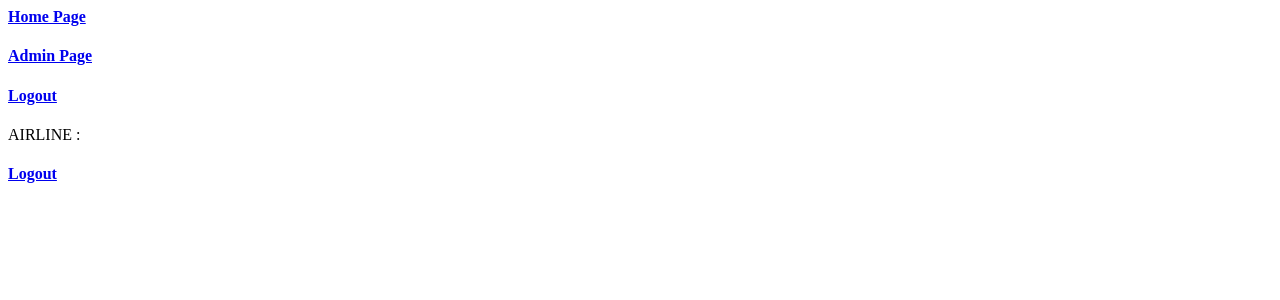
Repository: nihargowda/phase2project
Page: http://localhost/AirAway/AirlineList
The author's editor kept a copy of each file at every save. The page is drawn from the files as they stood at one save, then again after the next save.
The browser window is 1280 px wide. The pictures show the whole page.
The page is served by Tomcat 9. Other server files are loaded and not shown. Queries for data that is not in the repository find no rows.

Above is the page before, as saved 2020-11-19 15:56:58.

### AirAway/java/com/admin/AirlineList.java
package com.admin;

import java.io.IOException;
import java.io.PrintWriter;
import java.sql.Connection;
import java.sql.DriverManager;
import java.sql.ResultSet;
import java.sql.SQLException;
import java.sql.Statement;

import javax.servlet.ServletException;
import javax.servlet.http.HttpServlet;
import javax.servlet.http.HttpServletRequest;
import javax.servlet.http.HttpServletResponse;

public class AirlineList extends HttpServlet {
	private static final long serialVersionUID = 1L;

    public AirlineList() {
        super();

    }

Connection con;

	protected void doGet(HttpServletRequest request, HttpServletResponse response) throws ServletException, IOException {
		response.setContentType("text/html");
		String sourcesql= "SELECT Distinct airline FROM airlinedetails";
		PrintWriter out= response.getWriter();
		out.print("<h4><a href='/AirAway/index.jsp'>Home Page</a> </h4>");
		out.print("<h4><a href='/AirAway/adminsuccess.jsp'>Admin Page</a> </h4>");
		out.print("<h4><a href='/AirAway/adminlogin.jsp'>Logout</a> </h4>");

		try {
			Class.forName("com.mysql.jdbc.Driver");
			 con= DriverManager .getConnection("jdbc:mysql://localhost:3307/airaway","root","");
		} catch (ClassNotFoundException | SQLException e) {

			e.printStackTrace();
		}
		try {
			Statement	s = con.createStatement();
			ResultSet rs= s.executeQuery(sourcesql);

			out.print("AIRLINE :"+"<br>");
			while(rs.next()) {

				out.print("&nbsp"+rs.getString("airline")+"<br>");

				out.print("___________________________________"+"<br><br>");


			}

		} catch (SQLException e) {
			e.printStackTrace();
		}
		out.print("<h4><a href='/AirAway/adminlogin.jsp'>Logout</a> </h4>");









	}

}

After the next save:
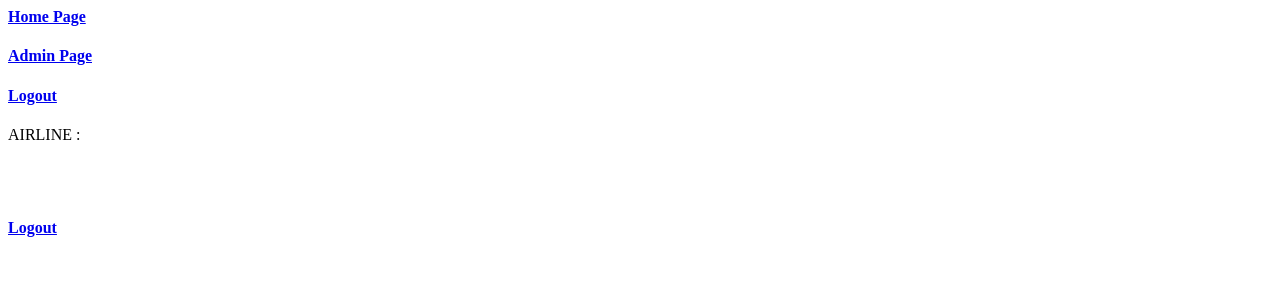
Saved 30 s later.
--- a/AirAway/java/com/admin/AirlineList.java
+++ b/AirAway/java/com/admin/AirlineList.java
@@ -42,7 +42,7 @@ Connection con;
 			Statement	s = con.createStatement();
 			ResultSet rs= s.executeQuery(sourcesql);
 
-			out.print("AIRLINE :"+"<br>");
+			out.print("AIRLINE :"+"<br><br><br><br>");
 			while(rs.next()) {
 
 				out.print("&nbsp"+rs.getString("airline")+"<br>");
